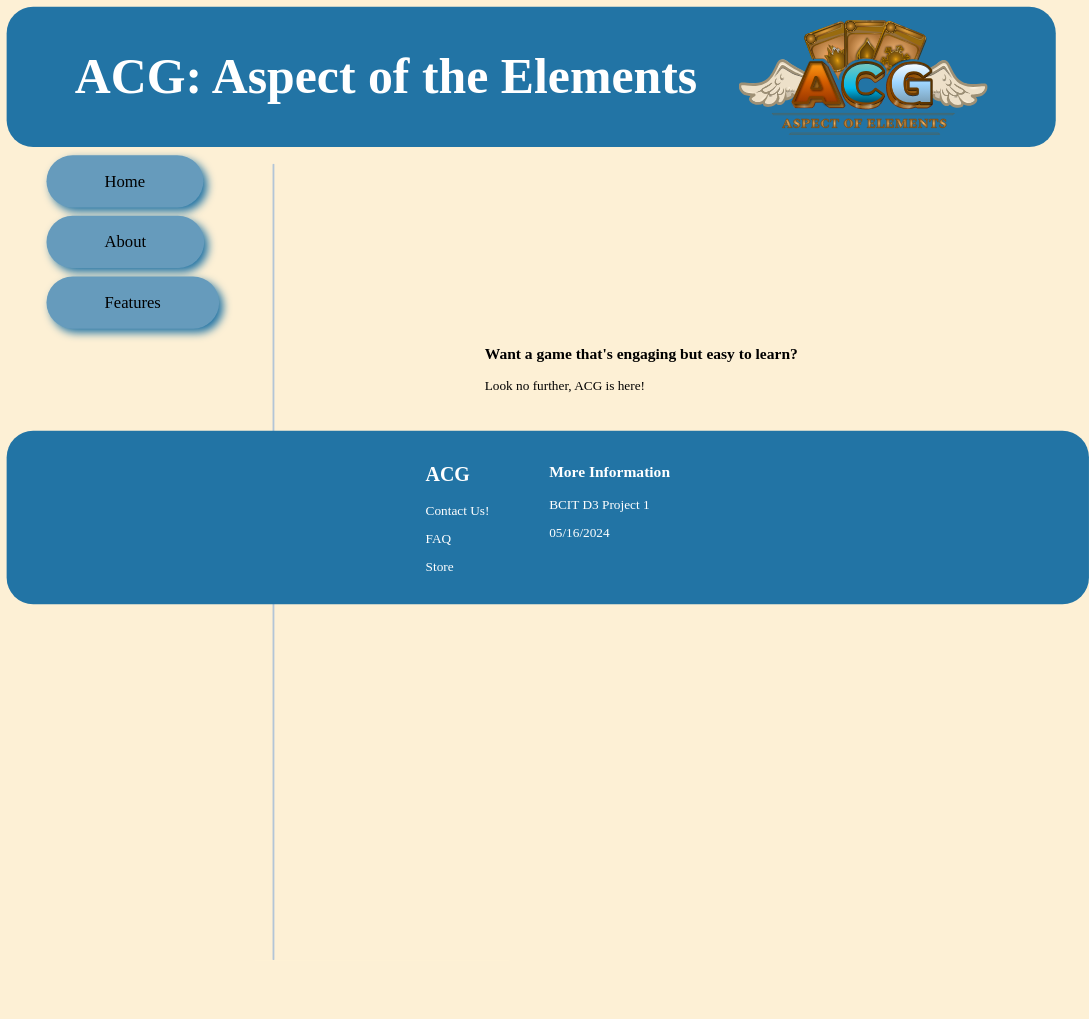
Repository: Delukalgh/ACG
Page: Features.html
An editor plug-in stored every save of this project. The page is shown before and after the next save, followed by the edit.
The browser window is 1280 px wide. The page is 1312 px wide, so the pictures cover 1312 px, including what lies to the right of the window. The pictures show the whole page, at 83% of full size.

Above is the page before, as saved 2024-05-15 15:22:41.

After the next save:
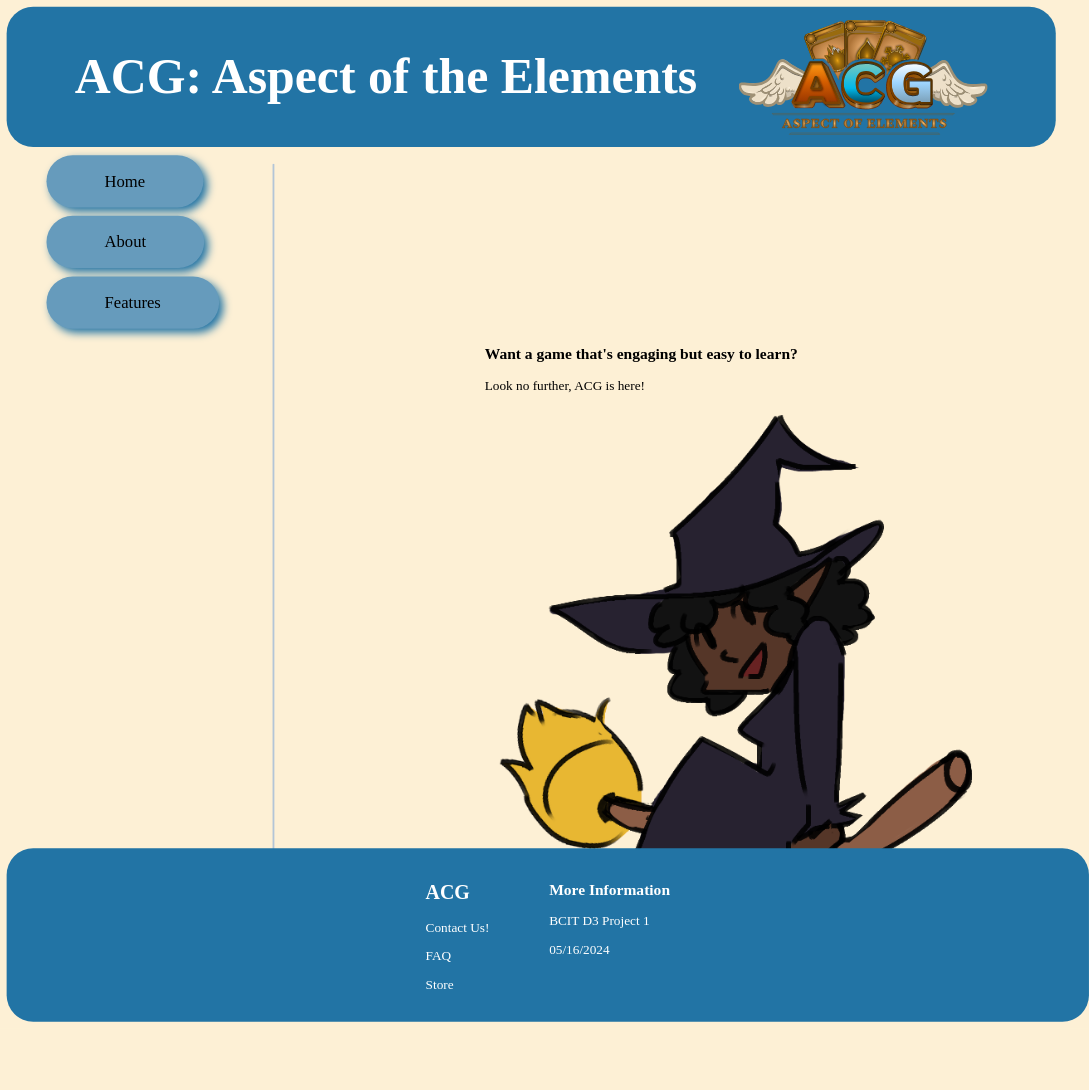
Saved 3 min 35 s later.
--- a/Features.html
+++ b/Features.html
@@ -42,6 +42,8 @@
       <div class="content">
       <h3>Want a game that's engaging but easy to learn?</h3>
       <p>Look no further, ACG is here!</p>
+        <img src="images/IllustrationWitchGirl.png"/>
+
       </div>
     </div>
 
